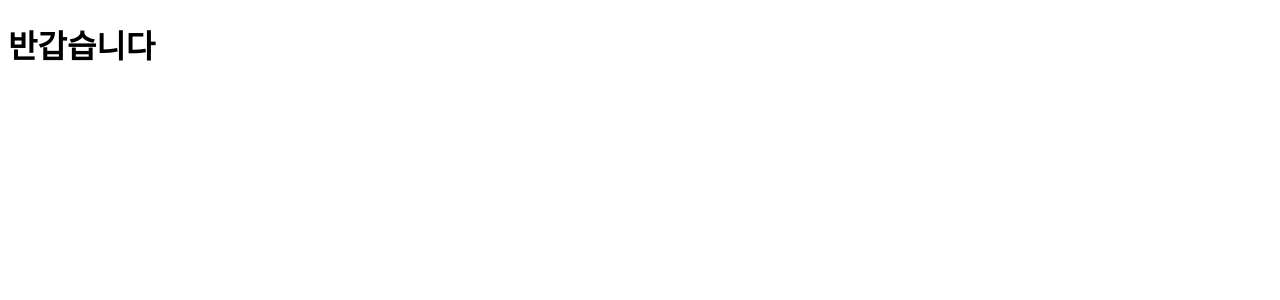
Repository: dychung1021/newrepository
Page: http://localhost/JSP01/
An editor plug-in stored every save of this project. The page is shown before and after the next save, followed by the edit.
The browser window is 1280 px wide. The pictures show the whole page.
The page is served by Tomcat 9.

Above is the page before, as saved 2024-05-09 05:15:18.

### JSP/JSP01/src/main/webapp/index.jsp
<%@ page language="java" contentType="text/html; charset=utf-8"
    pageEncoding="utf-8"%>
<!DOCTYPE html>
<html>
	<head>
		<meta charset="utf-8">
		<title>1st JSP</title>
	</head>
	<body>
		<h1>반갑습니다</h1>
	</body>
</html>

After the next save:
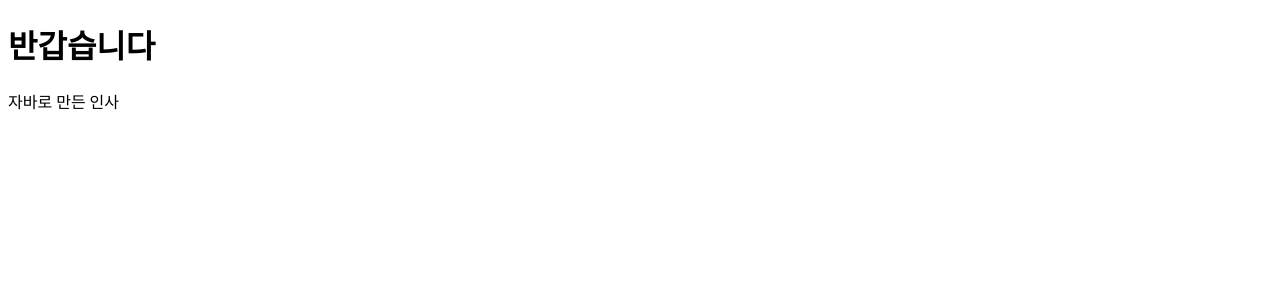
Saved 12 min 9 s later.
--- a/JSP/JSP01/src/main/webapp/index.jsp
+++ b/JSP/JSP01/src/main/webapp/index.jsp
@@ -8,5 +8,7 @@
 	</head>
 	<body>
 		<h1>반갑습니다</h1>
+		<%String str="자바로 만든 인사"; %>
+		<%out.print(str); %>
 	</body>
 </html>
